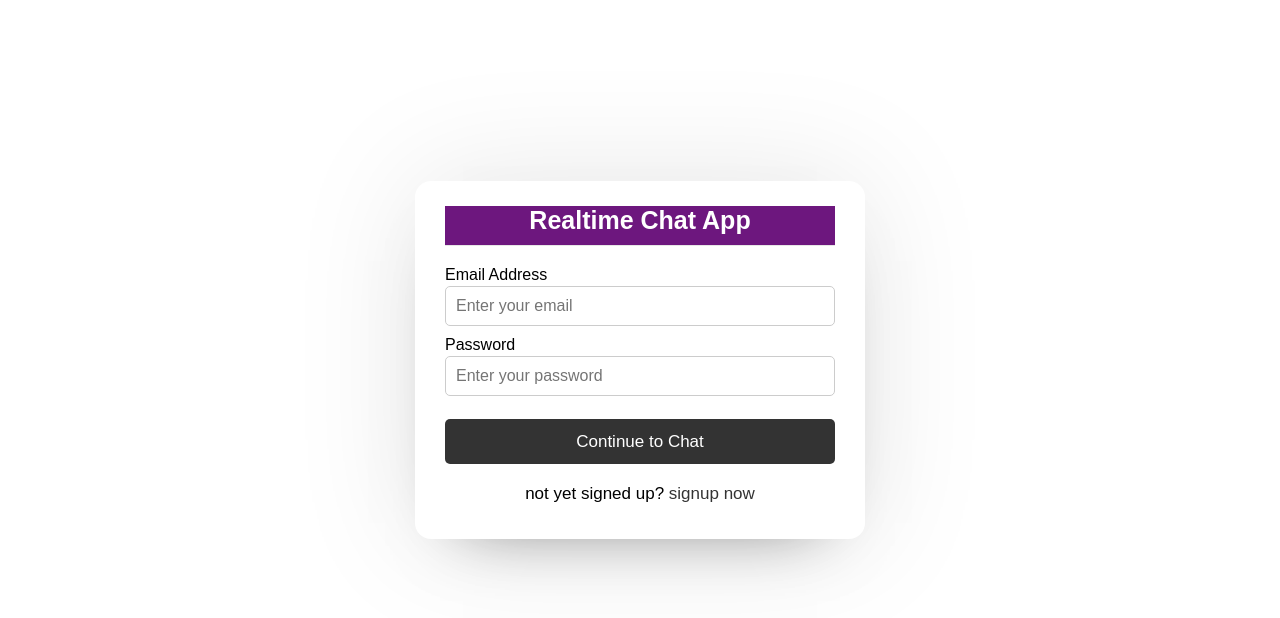
Repository: kananavy/CONQUER
Page: http://localhost/login.php
These files come from the project's save history. The page is drawn as it stood at one moment and after the next save; the edit follows.
The browser window is 1280 px wide. The pictures show the whole page.
The page is run by PHP 8.4 with error messages shown; the project is at /var/www/html/.

Above is the page before, as saved 2023-01-19 17:56:56.

### login.php
<?php
session_start();
if(isset($_SESSION['unique_id'])){ //if user logged in
    header("location: user.php");
}
?>
<?php include_once "header.php"; ?>
<body>
    <div class="wrapper">
        <section class="form login">
            <header>Realtime Chat App</header>
            <form action="#"  autocomplete="off">
                <div class="error-txt"></div>
                    <div class="field input">
                        <label>Email Address</label>
                        <input type="email" name="email" placeholder="Enter your email" >
                    </div>
                    <div class="field input">
                        <label>Password</label>
                        <input type="password" name="password" placeholder="Enter your password" >
                        <i class="fas fa-eye"></i>
                    </div>
                    <div class="field button">
                        <input type="submit" value="Continue to Chat">
                    </div>
            </form>
            <div class="link">not yet signed up? <a href="index.php">signup now</a></div>
        </section>
    </div>
    <script src="javascript/login.js"></script>
</body>
</html>

### header.php
<!DOCTYPE html>
<html lang="en">
<head>
    <meta charset="UTF-8">
    <meta http-equiv="X-UA-Compatible" content="IE=edge">
    <meta name="viewport" content="width=device-width, initial-scale=1.0">
    <title>Teste</title>
    <link rel="stylesheet" href="chat.css">
</head>

### chat.css
*{
    margin: 0;
    padding: 0;
    box-sizing: border-box;
    text-decoration: none;
    font-family: 'Poppins', sans-serif;
}
body{
    display: flex;
    align-items: center;
    justify-content: center;
    min-height: 100vh;
    background: #ffffff;
}
.wrapper{
    background: #fff;
    width: 450px;
    border-radius: 16px;
    box-shadow: 0 0 128px 0 rgba(0, 0, 0, 0.1),
                0 32px 64px -48px rgba(0, 0, 0, 0.5);
}

/*signup Form CSS code */
.form{
    padding: 25px 30px ;
}
.form header{
    font-size: 25px;
    font-weight: 600;
    padding-bottom: 10px;
    border-bottom: 1px solid #e6e6e6;
    color: rgb(255, 255, 255);
    text-align: center;
    background-color: rgb(109, 23, 126);

}
.form form{
    margin: 20px 0;
}
.form form .error-txt{
    color: #721c24;
    background: #f8d7da;
    padding: 8px 10px;
    text-align: center;
    border-radius: 5px;
    margin-bottom: 10px;
    border: 1px solid #f5c6cb;
    display: none;
}
.form form .name-details{
    display: flex;
}
form .name-details .field:first-child{
    margin-right: 10px;
}
form .name-details .field:last-child{
    margin-left: 10px;
}
.form form .field{
    display: flex;
    flex-direction: column;
    margin-bottom: 10px;
}
.form form .field label{
    margin-bottom: 2px;
}
.form form .field input{
    outline: none;
}
.form form .input input{
    height: 40px;
    width: 100%;
    font-size:16px;
    padding: 0 10px;
    border: 1px solid#ccc;
    border-radius: 5px;
}
.form form .image input{
    font-size: 17px;
}
.form form .button input{
    margin-top: 13px;
    height: 45px;
    border: none;
    font-size: 17px;
    font-weight: 400;
    background: #333;
    color: #fff;
    border-radius: 5px;
    cursor: pointer;
}
.form .link{
    text-align: center;
    margin: 10px 0;
    font-size: 17px;
}
.form .link a{
    color: #333;
}
.form .link a:hover{
    text-decoration: underline;
}

/* Users Area CSS code */
.users{
    padding: 25px 30px;
}
.users header,
.users-list a{
    display: flex;
    align-items: center;
    padding-bottom: 20px;
    justify-content: space-between;
    border-bottom: 1px solid #e6e6e6;
}
.wrapper img{
    object-fit: cover;
    border-radius: 50%;
}
:is(.users, .users-list) .content{
    display: flex;
    align-items: center;
}
.users header .content img{
    height: 50px;
    width: 60px;
}
:is(.users, .users-list) .details{
    color: #000;
    margin-left: 15px;
}
:is(.users, .users-list) .details span{
    font-size:18px ;
    font-weight: 500;
}
.users header .logout{
  color: #fff;
  font-size: 17px;
  padding: 7px 15px;
  background: #333;
  border-radius: 5px;
}
.users .search{
    margin: 20px 0;
    display: flex;
    position: relative;
    align-items: center;
    justify-content: space-between;
}
.users .search .text{
    font-size: 18px;
}
.users .search input{
    position: absolute;
    height: 42px;
    width: calc(100% - 50px);
    border: 1px solid #ccc;
    padding: 0 13px ;
    font-size: 16px;
    border-radius: 5px 0 0 5px;
    outline: none;
    opacity: 0;
    pointer-events: none;
    transition: all 0.3s ease;
}
.users .search input.active{
    opacity: 1;
    pointer-events: auto;
}
.users .search button{
    width: 47px;
    height: 42px;
    border: none;
    outline: none;
    color: #333;
    background: #fff;
    cursor: pointer;
    font-size: 17px;
    border-radius: 0 5px 5px 0;
    transition: all 0.2s ease;

}
.users .search button.active{
    color: #fff;
    background: #333;
}
.users-list{
    max-height: 300px;
    overflow: auto;
}
:is(.users-list, .chat-box)::-webkit-scrollbar{
    width: 0px;

}
.users-list a{
    padding-right: 15px;
    margin-bottom: 15px;
    padding-right: 10px;
}
.users-list a .content img{
    height: 40px;
    width: 40px;
    border-bottom-color: #f1f1f1;
}
.users-list a .content p{
    color: #67676a;
}
.users-list a:last-child{
    border:none;
    margin-bottom: 0px;
}
.users-list a .status-dot{
    font-size: 15px;
    color: #05b43f;
}
/* We'll use this class name in phpto show offline status */
.users-list a .status-dot.offline{
   color: rgb(43, 32, 32);
   visibility: hidden;
}

/* Chat Area VSS code */
.chat-area header{
    display: flex;
    align-items: center;
    padding: 18px 30px;
}
.chat-area header .back-icon{
    font-size: 18px;
    color: #333;
}
.chat-area header img{
    height: 45px;
    width: 45px;
    margin: 0 15px;
}
.chat-area header span{
    font-size: 17px;
    font-weight: 500;
}
.chat-box{
    height: 400px;
    overflow: auto;
    background: #f7f7f7;
    padding: 10x 30px 20px 30px;
    box-shadow: inset 0 32px 32px -32px rgb(0 0 0 /5%),
                inset 0 32px 32px -32px rgb(0 0 0 /5%);
}
.chat-box .chat{
    margin: 15px 0;
}
.chat-box .chat p{
    word-wrap: break-word;
   padding: 8px 16px;
   box-shadow: 0 0 32px rgb(0 0 0 / 8%),
                0 16px 16px -16px rgb(0 0 0 / 10%);
}
.chat-box .outgoing{
    display: flex;
    align-items: flex-end;
}
.outgoing .details{
    margin-left: 10px;
    margin-right: auto;
    max-width: calc(100% - 130px);
}
.outgoing .details p{
    background: rgb(52, 51, 134);
    color: #fff;
    border-radius: 18px 18px 18px 0;
}
.chat-box .incoming{
    display: flex;
    /* align-items: flex-end; */
}
.chat-box .outgoing img{
    height: 35px;
    width: 35px;
}
.incoming .details{
    margin-right: 10px;
    margin-left: auto;
    max-width: calc(100% - 130px);
}
.incoming .details{
    background: #333;
    color: #fff;
    border-radius: 18px 18px 0 18px;
}
.chat-area .typing-area{
    padding: 18px 30px;
    display: flex;
    justify-content: space-between;
}
.typing-area input{
    height: 45px;
    width: calc(100% - 58px);
    font-size: 17px;
    border: 1px solid #ccc;
    padding: 0 13px;
    border-radius: 5px 0 0 5px;
    outline: none;
}
.typing-area button{
    width: 55px;
    border: none;
    outline: none;
    background: #333;
    color: #fff;
    border-radius: 0 5px 5px 0;
}

### javascript/login.js
const form = document.querySelector(".login form"),
continueBtn = form.querySelector(".button input"),
errorText = form.querySelector(".error-txt");

form.onsubmit = (e)=>{
    e.preventDefault(); //preventing form form submitting
}

continueBtn.onclick = ()=>{
// let's start Ajax
    let xhr = new XMLHttpRequest(); //creating XML object
    xhr.open("POST", "php/login.php", true);
    xhr.onload = ()=>{
        if(xhr.readyState === XMLHttpRequest.DONE){
            if(xhr.status === 200){
                let data = xhr.response;
                console.log(data);
                if(data == "success"){
                    location.href = "user.php";
                }else{
                    errorText.textContent = data;
                    errorText.style.display = "block";
                }
            }
        }
    }
    // we have to send the form date thought ajax to php
    let formData = new FormData(form); //crating new formData Object
    xhr.send(formData); //Sending the form data to php
}

After the next save:
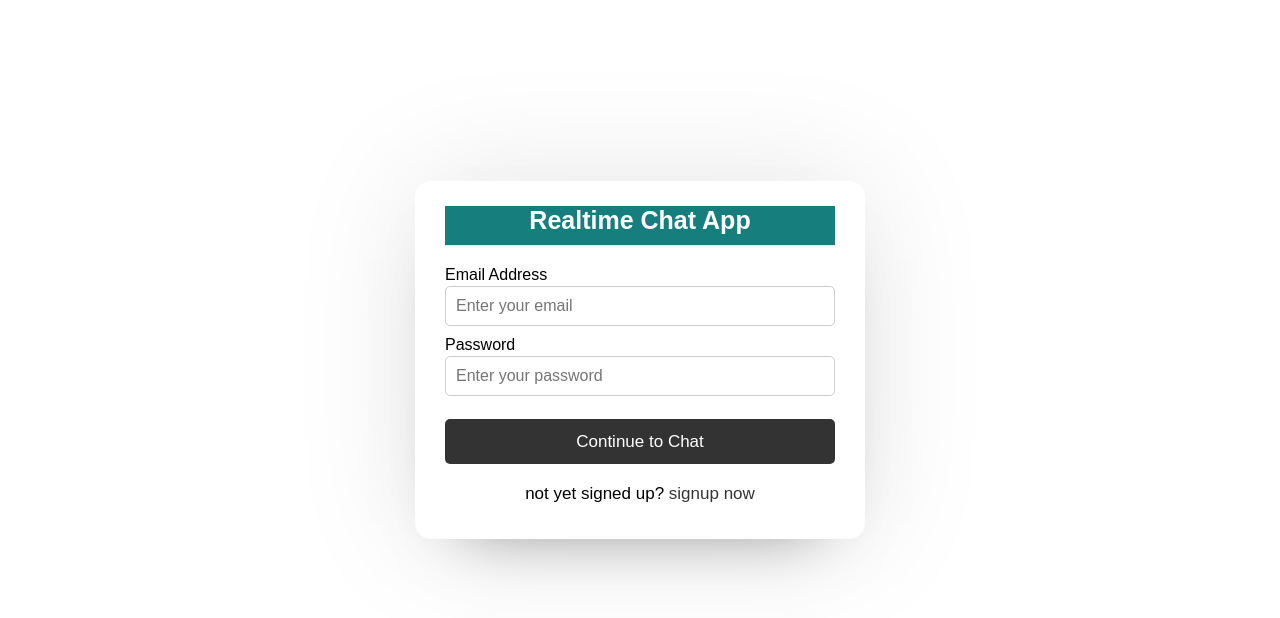
Saved 5 s later.
--- a/chat.css
+++ b/chat.css
@@ -31,7 +31,7 @@ body{
     border-bottom: 1px solid #e6e6e6;
     color: rgb(255, 255, 255);
     text-align: center;
-    background-color: rgb(109, 23, 126);
+    background-color: rgb(23, 126, 126);
 
 }
 .form form{
